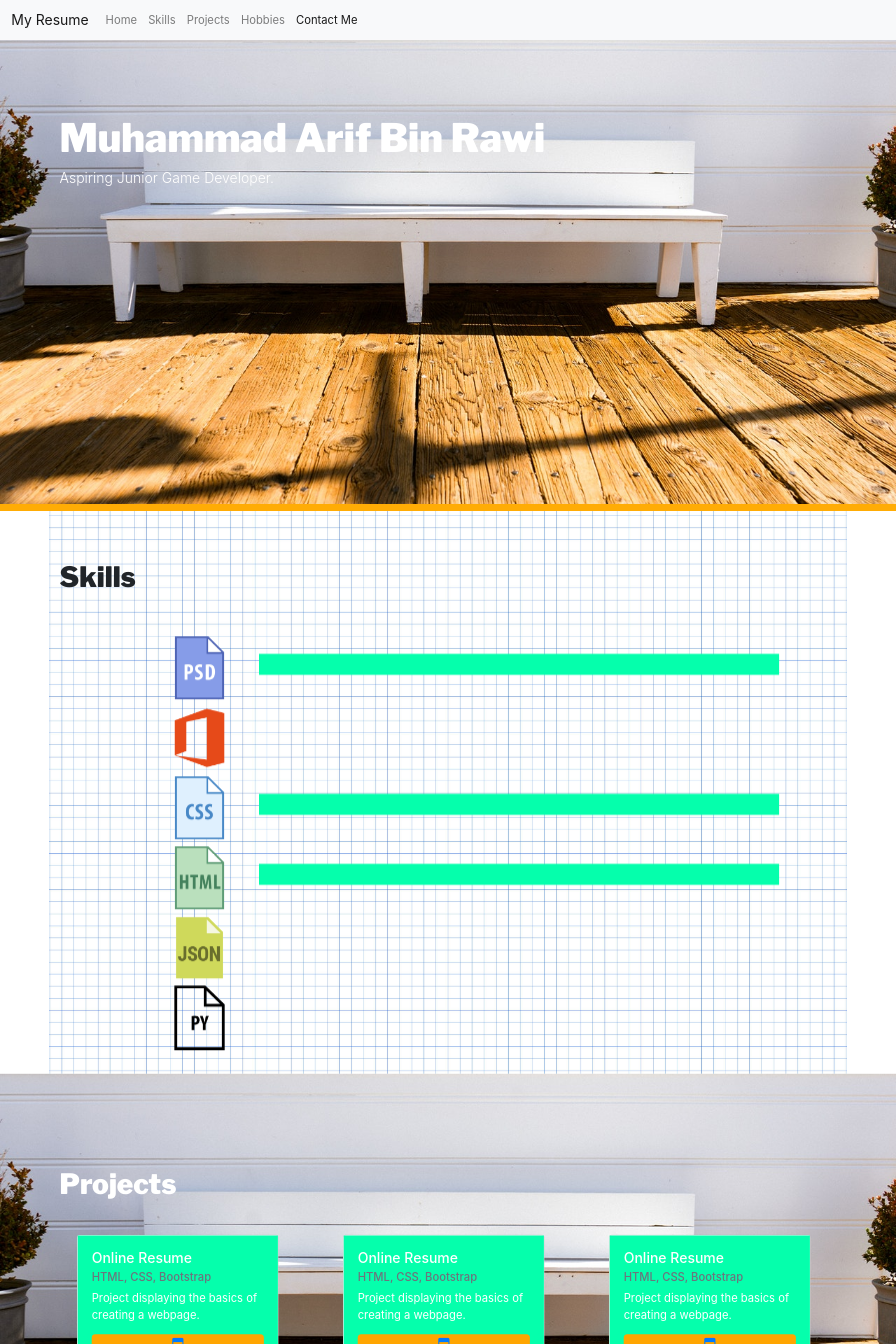
Repository: muhdarifrawi/resume-project
Page: index.html
The author's editor kept a record of every edit. The page is drawn from the files as they stood at one moment, then again after the next edit.
The browser window is 1280 px wide. The pictures show the part of the page from y = 0 to 1920 px (the page is 3769 px tall), at 70% of full size.
Some web libraries are served in a nearby version.

Above is the page before.

### index.html
<!doctype html>
<html lang="en">

<head>
    <!-- Required meta tags -->
    <meta charset="utf-8">
    <meta name="viewport" content="width=device-width, initial-scale=1, shrink-to-fit=no">
    <!-- Font Awesome script -->
    <script src="https://kit.fontawesome.com/00e1568e72.js"></script>
    <!-- GOOGLE font -->
    <link href="https://fonts.googleapis.com/css?family=Libre+Franklin:900&display=swap" rel="stylesheet">
    <!-- AOS script -->
    <link href="https://unpkg.com/aos@2.3.1/dist/aos.css" rel="stylesheet">

    <!-- Bootstrap CSS -->
    <link rel="stylesheet" href="https://stackpath.bootstrapcdn.com/bootstrap/4.3.1/css/bootstrap.min.css" integrity="sha384-ggOyR0iXCbMQv3Xipma34MD+dH/1fQ784/j6cY/iJTQUOhcWr7x9JvoRxT2MZw1T" crossorigin="anonymous">
    <link rel="stylesheet" href="style.css" type="text/css" />
    <title>Online Resume</title>
</head>

  <!-- scroll spy added to body section -->
<body data-spy="scroll" data-target="#navscroll" data-offset="100">
    <!-- Navbar starts here -->
    <nav id="navscroll" class="navbar fixed-top navbar-expand-lg navbar-light bg-light">
        <a class="navbar-brand" href="#">My Resume</a>
        <button class="navbar-toggler" type="button" data-toggle="collapse" data-target="#navbarSupportedContent" aria-controls="navbarSupportedContent" aria-expanded="false" aria-label="Toggle navigation">
    <span class="navbar-toggler-icon"></span>
  </button>

        <div class="collapse navbar-collapse" id="navbarSupportedContent">
            <ul class="navbar-nav mr-auto">
                <li class="nav-item">
                    <a class="nav-link" href="#home">Home <span class="sr-only">(current)</span></a>
                </li>
                <li class="nav-item">
                    <a class="nav-link" href="#skills">Skills</a>
                </li>

                <li class="nav-item">
                    <a class="nav-link" href="#projects">Projects</a>
                </li>

                <li class="nav-item">
                    <a class="nav-link" href="#hobbies">Hobbies</a>
                </li>

                <li class="nav-item">
                    <a class="nav-link" href="#contact">Contact Me</a>
                </li>

            </ul>

        </div>
    </nav>
    <!-- navbar ends here -->

    <!--Jumbotron -->
    <div class="jumbotron jumbotron-fluid" id="home">
        <div class="container">
            <h1 class="display-4">Muhammad Arif Bin Rawi</h1>
            <p class="lead">Aspiring Junior Game Developer. </p>
        </div>
    </div>

    <div class="orange strip"></div>

<div class="container" id="skills">

<h1>Skills</h1>
    <!-- created div to slot in AOS -->
   <div data-aos="fade-right" data-aos-offset="300" data-aos-easing="ease-in-sine">
        <!-- photoshop row -->
        <div class="row pt-md-5">
            <div class="col-lg-3 col-sm-6">
                <div class="ware">
                    <img src="image/icon/PS.png" alt="photoshop" class="rounded">
                    <div class="house">
                        <div class="text">
                            <h5>Photoshop</h5>
                        </div>
                        <div class="text2">
                            <h6>Good</h6>
                        </div>
                    </div>
                </div>
            </div>
            <div class="col-lg-9 col-sm-6">
                <div class="bar-mid"></div>
            </div>
        </div>

        <!-- ms office row -->
        <div class="row">
            <div class="col-lg-3 col-sm-6">
                <div class="ware">
                    <img src="image/icon/MSO.png" alt="MS Office" class="rounded">
                    <div class="house">
                        <div class="text">
                            <h5>MS Office</h5>
                        </div>
                        <div class="text2">
                            <h6>Advance</h6>
                        </div>
                    </div>
                </div>
            </div>
            <div class="col-lg-9 col-sm-6">
                <div class="bar-full"></div>
            </div>
        </div>

        <!-- CSS row -->
        <div class="row">
            <div class="col-lg-3 col-sm-6">
                <div class="ware">
                    <img src="image/icon/CSS.png" alt="CSS" class="rounded">
                    <div class="house">
                        <div class="text">
                            <h5>CSS</h5>
                        </div>
                        <div class="text2">
                            <h6>Good</h6>
                        </div>
                    </div>
                </div>
            </div>
            <div class="col-lg-9 col-sm-6">
                <div class="bar-mid"></div>
            </div>
        </div>

        <!-- HTML row -->
        <div class="row">
            <div class="col-lg-3 col-sm-6">
                <div class="ware">
                    <img src="image/icon/HTML.png" alt="HTML" class="rounded">
                    <div class="house">
                        <div class="text">
                            <h5>HTML</h5>
                        </div>
                        <div class="text2">
                            <h6>Good</h6>
                        </div>
                    </div>
                </div>
            </div>
            <div class="col-lg-9 col-sm-6">
                <div class="bar-mid"></div>
            </div>
        </div>

        <!-- Java row -->
        <div class="row">
            <div class="col-lg-3 col-sm-6">
                <div class="ware">
                    <img src="image/icon/JS.png" alt="Java" class="rounded">
                    <div class="house">
                        <div class="text">
                            <h5>Java</h5>
                        </div>
                        <div class="text2">
                            <h6>Basic</h6>
                        </div>
                    </div>
                </div>
            </div>
            <div class="col-lg-9 col-sm-6">
                <div class="bar-min"></div>
            </div>
        </div>

        <!-- Python row -->
        <div class="row">
            <div class="col-lg-3 col-sm-6">
                <div class="ware">
                    <img src="image/icon/PY.png" alt="Python" class="rounded">
                    <div class="house">
                        <div class="text">
                            <h5>Python</h5>
                        </div>
                        <div class="text2">
                            <h6>Basic</h6>
                        </div>
                    </div>
                </div>
            </div>
            <div class="col-lg-9 col-sm-6">
                <div class="bar-min"></div>
            </div>
        </div>
    </div>
</div>

    <!-- <div class="orange strip"></div> -->

<!--usage of jumbotron to overcome "no-stretch" problem -->
<div class="jumbotron jumbotron-fluid "  id="projects">
<div class="container">
        <h1>Projects</h1>
        <div class="row">
            <div class="col">
                <div class="card note" style="width: 18rem;">
                    <div class="card-body">
                        <h5 class="card-title">Online Resume</h5>
                        <h6 class="card-subtitle mb-2 text-muted">HTML, CSS, Bootstrap</h6>
                        <p class="card-text">Project displaying the basics of creating a webpage.</p>

                        <a href="https://muhdarifrawi.github.io/resume-project/" target="_blank" class="card-link">
                            <div class="rounded-box"><i class="far fa-window-maximize"></i></div></a>

                        <a href="https://github.com/muhdarifrawi/resume-project" target="_blank" class="card-link">
                            <div class="rounded-box"><i class="fab fa-github"></i></div></a>
                    </div>
                </div>
            </div>

            <div class="col">
                <div class="card note2" style="width: 18rem;">
                    <div class="card-body">
                        <h5 class="card-title">Online Resume</h5>
                        <h6 class="card-subtitle mb-2 text-muted">HTML, CSS, Bootstrap</h6>
                        <p class="card-text">Project displaying the basics of creating a webpage.</p>

                        <a href="https://muhdarifrawi.github.io/resume-project/" target="_blank" class="card-link">
                            <div class="rounded-box"><i class="far fa-window-maximize"></i></div></a>

                        <a href="https://github.com/muhdarifrawi/resume-project" target="_blank" class="card-link">
                            <div class="rounded-box"><i class="fab fa-github"></i></div></a>
                    </div>
                </div>
            </div>

            <div class="col">
                <div class="card note3" style="width: 18rem;">
                    <div class="card-body">
                        <h5 class="card-title">Online Resume</h5>
                        <h6 class="card-subtitle mb-2 text-muted">HTML, CSS, Bootstrap</h6>
                        <p class="card-text">Project displaying the basics of creating a webpage.</p>

                        <a href="https://muhdarifrawi.github.io/resume-project/" target="_blank" class="card-link">
                            <div class="rounded-box"><i class="far fa-window-maximize"></i></div></a>

                        <a href="https://github.com/muhdarifrawi/resume-project" target="_blank" class="card-link">
                            <div class="rounded-box"><i class="fab fa-github"></i></div></a>
                    </div>
                </div>
            </div>

        </div>

        <div class="row">
        <div class="col">
            <div class="card note3" style="width: 18rem;">
                <div class="card-body">
                    <h5 class="card-title">Online Resume</h5>
                    <h6 class="card-subtitle mb-2 text-muted">HTML, CSS, Bootstrap</h6>
                    <p class="card-text">Project displaying the basics of creating a webpage.</p>

                    <a href="https://muhdarifrawi.github.io/resume-project/" target="_blank" class="card-link">
                        <div class="rounded-box"><i class="far fa-window-maximize"></i></div></a>

                    <a href="https://github.com/muhdarifrawi/resume-project" target="_blank" class="card-link">
                        <div class="rounded-box"><i class="fab fa-github"></i></div></a>
                </div>
            </div>
        </div>

        <div class="col">
            <div class="card note" style="width: 18rem;">
                <div class="card-body">
                    <h5 class="card-title">Online Resume</h5>
                    <h6 class="card-subtitle mb-2 text-muted">HTML, CSS, Bootstrap</h6>
                    <p class="card-text">Project displaying the basics of creating a webpage.</p>

                    <a href="https://muhdarifrawi.github.io/resume-project/" target="_blank" class="card-link">
                        <div class="rounded-box"><i class="far fa-window-maximize"></i></div></a>

                    <a href="https://github.com/muhdarifrawi/resume-project" target="_blank" class="card-link">
                        <div class="rounded-box"><i class="fab fa-github"></i></div></a>
                </div>
            </div>
        </div>

        <div class="col">
            <div class="card note2" style="width: 18rem;">
                <div class="card-body">
                    <h5 class="card-title">Online Resume</h5>
                    <h6 class="card-subtitle mb-2 text-muted">HTML, CSS, Bootstrap</h6>
                    <p class="card-text">Project displaying the basics of creating a webpage.</p>

                    <a href="https://muhdarifrawi.github.io/resume-project/" target="_blank" class="card-link">
                        <div class="rounded-box"><i class="far fa-window-maximize"></i></div></a>

                    <a href="https://github.com/muhdarifrawi/resume-project" target="_blank" class="card-link">
                        <div class="rounded-box"><i class="fab fa-github"></i></div></a>
                </div>
            </div>
        </div>

    </div>

    </div>
</div>
<!-- <div class="orange strip"></div> -->

<div class="container" id="hobbies">
    <h1>Hobbies</h1>
    <div class="row">

        <div class="col-sm-6 col-md-4 ">
            <div class="col"><div class="thumb camping"></div></div>
        </div>
        <div class="col-sm-6 col-md-8">
            <div class="card">
                <div class="card-body">
                    <h3>
                      Outdoors
                      <small class="text-muted">Relaxing oneself with nature</small>
                    </h3>

                    <p>
                        Lorem ipsum dolor sit amet, consectetur adipiscing elit. Vestibulum a condimentum arcu. Nullam sed felis sed risus iaculis tincidunt. Nulla facilisi. Ut a dolor a massa pulvinar pretium id eget erat. Donec luctus tortor nec mauris pretium, non mollis nunc tristique. Curabitur tempor tempus leo at rutrum. Ut sit amet justo est. Suspendisse semper odio iaculis metus fringilla lacinia. Nullam a aliquam ex.
                    </p>
                </div>
            </div>
        </div>

    </div>

       <div class="row">

        <div class="col-sm-6 order-sm-2 col-md-4">
            <div class="col"><div class="thumb indoor"></div></div>

        </div>
        <div class="col-sm-6 order-sm-1 col-md-8">

            <div class="card">
                <div class="card-body">
                    <h3>
                    Indoors
                      <small class="text-muted">For those cosy days</small>
                    </h3>

                    <p>
                        Lorem ipsum dolor sit amet, consectetur adipiscing elit. Vestibulum a condimentum arcu. Nullam sed felis sed risus iaculis tincidunt. Nulla facilisi. Ut a dolor a massa pulvinar pretium id eget erat. Donec luctus tortor nec mauris pretium, non mollis nunc tristique. Curabitur tempor tempus leo at rutrum. Ut sit amet justo est. Suspendisse semper odio iaculis metus fringilla lacinia. Nullam a aliquam ex.
                    </p>
                </div>
            </div>

        </div>

    </div>

</div>

<div class="orange strip"></div>

<div class="container" id="contact">


<div class="row">


<!-- left column -->
<div class="col-sm-6 pl-4">
    <!-- top column -->
    <div class="row">
    <h1>Contact Me</h1>
    </div>

<!-- bottom column -->
<div class="row">
<div class="col">
<form>

    <div class="form-group">
        <label for="name">Name</label>
        <input type="text" class="form-control" id="form1" placeholder="Name" required>
    </div>

    <div class="form-group">
        <label for="email">Email Address</label>
        <input type="email" class="form-control" id="form1" placeholder="name@example.com" required>
    </div>


    <div class="form-group">
        <label for="Textarea">Comments</label>
        <textarea class="form-control" id="form1" rows="3" required></textarea>
    </div>

    <input class="btn btn-primary" type="submit" value="Submit">
</form>

</div>
</div>
</div>
<!-- right column-->
<div class="col-sm-6 pl-4">
    <!-- top column -->
    <div class="row">
    <h1>Follow Me</h1>
    </div>
<!--bottom column -->
<div class="col">
    <div class="row pt-3"></div>
    <div class="row">
        <div class="col"><a href="https://www.twitter.com/ArifRawi" target="_blank"><div class="rounded-box"><i class="fab fa-twitter"></i></div></a></div>
        <div class="col"><a href="https://github.com/muhdarifrawi" target="_blank"><div class="rounded-box"><i class="fab fa-github"></i></div></a></div>
        <div class="col"><a href="https://www.instagram.com/muhdarifrawi/" target="_blank"><div class="rounded-box"><i class="fab fa-instagram"></i></div></a></div>

    </div>
    <div class="row"></div>
</div>
</div>
</div>
</div>

<div class="orange banner">
    <div class="container" id="footer">

        <div class="row">

            <div class="col-sm-4 px-4">
                <h6>Acknowledgments</h6>
                    <p>Thank you to all that has helped and guided me in making this project work.</p>



            </div>

            <div class="col-sm-4 px-4">
                <h6>Disclaimer</h6>
                <p>This webpage is a work meant for education purposes only. </p>
            </div>

            <div class="col-sm-4 px-4">
                <h6>Copyright 2019, all rights reserved.</h6>
            </div>
        </div>

    </div>
</div>
    <!-- Optional JavaScript -->
    <!-- jQuery first, then Popper.js, then Bootstrap JS -->
    <script src="https://code.jquery.com/jquery-3.3.1.slim.min.js" integrity="sha384-q8i/X+965DzO0rT7abK41JStQIAqVgRVzpbzo5smXKp4YfRvH+8abtTE1Pi6jizo" crossorigin="anonymous"></script>
    <script src="https://cdnjs.cloudflare.com/ajax/libs/popper.js/1.14.7/umd/popper.min.js" integrity="sha384-UO2eT0CpHqdSJQ6hJty5KVphtPhzWj9WO1clHTMGa3JDZwrnQq4sF86dIHNDz0W1" crossorigin="anonymous"></script>
    <script src="https://stackpath.bootstrapcdn.com/bootstrap/4.3.1/js/bootstrap.min.js" integrity="sha384-JjSmVgyd0p3pXB1rRibZUAYoIIy6OrQ6VrjIEaFf/nJGzIxFDsf4x0xIM+B07jRM" crossorigin="anonymous"></script>
    <!--AOS script -->
    <script src="https://unpkg.com/aos@2.3.1/dist/aos.js"></script>

    <script>
        AOS.init();
    </script>
</body>

</html>

### style.css
html{
    width:100%;
    height:100%;

}

body{
    padding-top:30px;
    width:100%;
    height:100%;

}

.jumbotron{
    margin-bottom:0px;
}

.box{
    height:50px;
    width:50px;
}

.red{
    background-color:red;
}

.blue{
    background-color:blue;
}

.orange{
    background-color:rgba(255, 172, 5, 1);
}

.strip{
    width:100%;
    height:10px;
}

.banner{
    width:100%;
    height:300px;
}

.rect{
    width:100%;
    height:100%;
    padding:15px;
}

.container{
    padding-top:70px;
    padding-bottom:30px;
}

.shelf{
    height:100%;
    width:100%;
}

.col{
    padding:10px;
}

.card{
    margin:30px;
}


.jumbotron {
  background-image: url("image/bg/bench.jpg");
  background-size: cover;
  /*this allows the image to stretch height to its max. needs html and body to be height:100% as well*/
  height:100%;

  color:white;
}

h1 {
font-family: 'Libre Franklin', sans-serif;
}

.card-body{
    background-color:rgb(5, 255, 172);
}

#footer{
    padding-bottom:0px;
    padding-left:0px;
    padding-right:0px;
    width:100%;
}

.btn-primary{
    background-color:rgb(255, 193, 100);
    border-color:rgb(255, 193, 100);

}

.btn-primary:hover {
    background-color:rgb(255, 234, 5);
    border-color:rgb(255, 234, 5);

}

.icon{
    height:60px;
}

#projects{
    background-image:url(image/bg/bench.jpg);
}

#skills{
    background-image:url(image/bg/graph.jpg);
    background-size:cover;

}

.rounded-box{
    background-color:orange;
    height:50px;
    border-radius:5px;
    text-align:center;
    border:1px;
    transition-duration:0.5s;
}

.rounded-box:hover{
    transition-duration:0.5s;
    background-color:rgb(255, 234, 5);
    border-color:rgb(255, 234, 5);
}

.fa-twitter{
    padding-top:5px;
    font-size:40px;
    color:white;
}

.fa-github{
    padding-top:5px;
    font-size:40px;
    color:white;
}

.fa-instagram{
    padding-top:5px;
    font-size:40px;
    color:white;
}

.follow{
    margin-top:50px;
}


.bar {
    width:0%;
    height:30px;
    background-color:blue;
    animation-name: adv;
    animation-duration: 4s;
    animation-fill-mode:forwards;
    transform:translate(0, 100%);
}

@keyframes adv{

    from{
        width:0%;
        Background-color:rgb(255, 234, 5);
    }

    to{
        width:90%;
        background-color:rgb(5, 255, 172);

    }

}

.bar-mid {
    width:0%;
    height:30px;
    background-color:blue;
    animation-name: grow;
    animation-duration: 4s;
    animation-fill-mode:forwards;
    transform:translate(0, 100%);
}

@keyframes grow{

    from{
        width:0%;
        Background-color:rgb(255, 234, 5);
    }

    to{
        width:90%;
        background-color:rgb(5, 255, 172);

    }

}

.ware{
    /*background-color:purple;*/
    width:100px;
    height:100%;
    margin-left:150px;

}

.rounded{
    width:100%;
}

.house{
    background-color:rgb(5, 255, 172);
    width:100px;
    height:100%;
    transform:translate(0,-100%);
    opacity:0;
    transition-duration:0.75s;
    position:absolute;
    text-align:justify;
    border-radius:3px;
}

.ware:hover .house{
    opacity:0.9;
    cursor:pointer;
}

.text{
    color:rgb(88, 5, 255);
    margin-top:5px;
    text-align:center;
}

.text2{
    color:rgba(5, 88, 255, 0.3);
    margin-top:5px;
    text-align:center;
}

After the next edit:
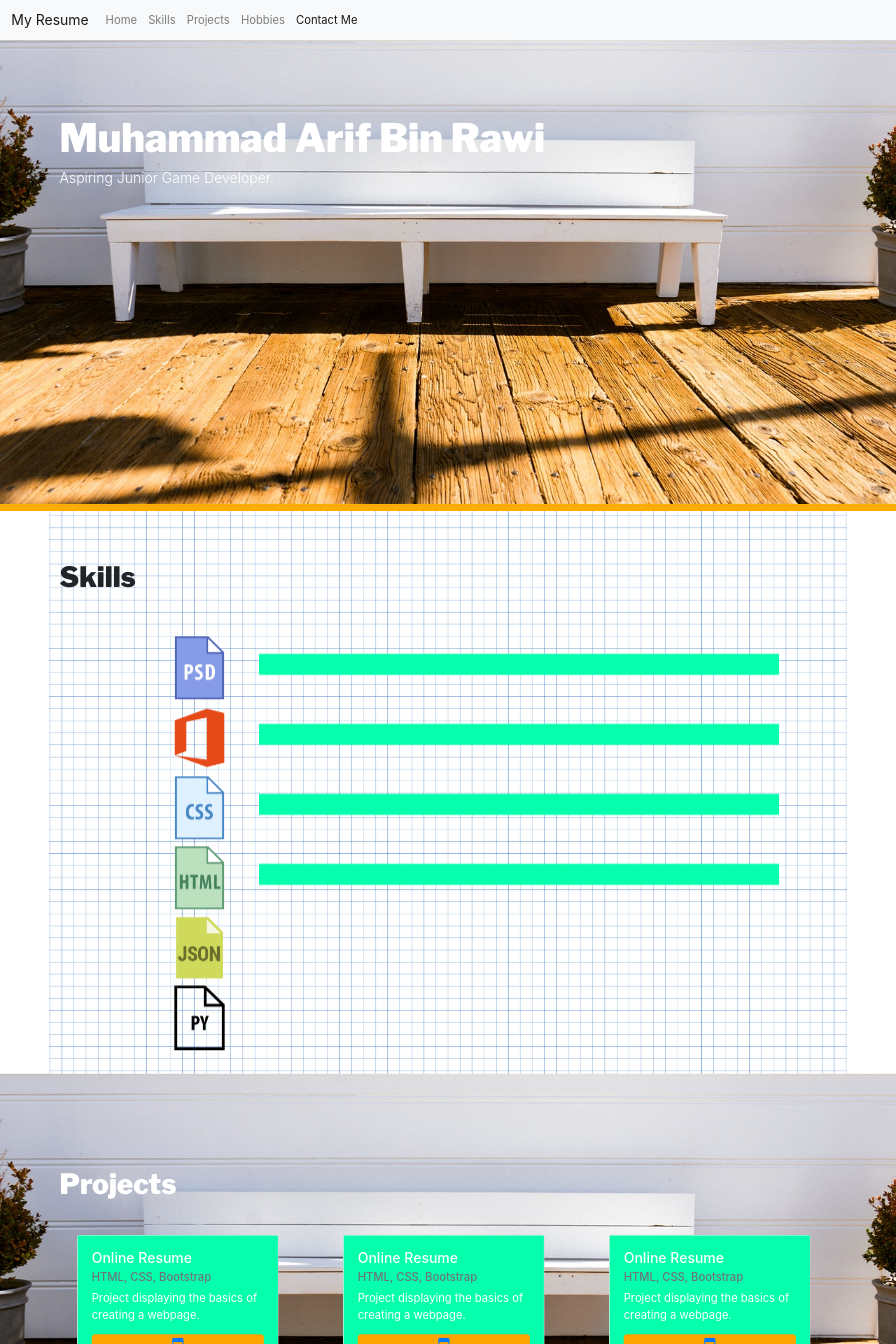
The edit:
--- a/style.css
+++ b/style.css
@@ -155,7 +155,7 @@
 }
 
 
-.bar {
+.bar-full {
     width:0%;
     height:30px;
     background-color:blue;
